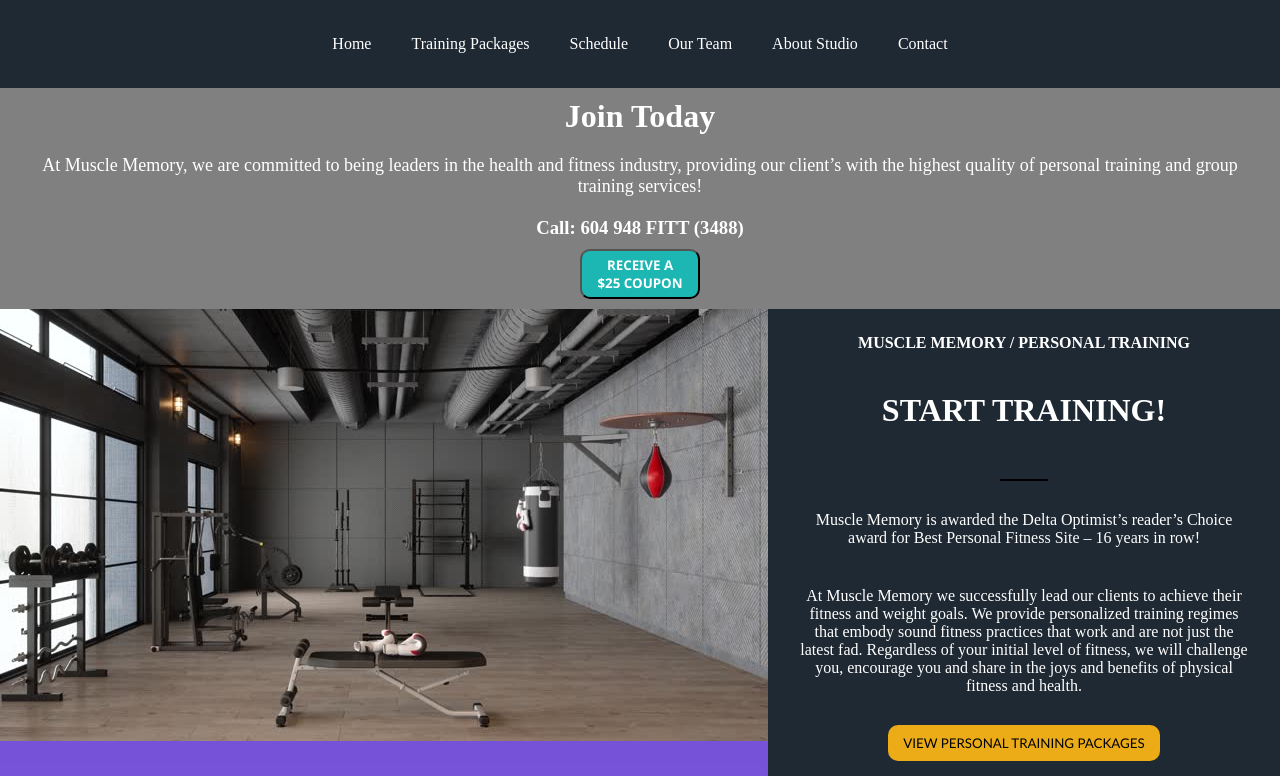
Repository: MujtabaHabib/muscle-memory-website
Page: index.html
An editor plug-in stored every save of this project. The page is shown before and after a run of saves, followed by the edit.
The browser window is 1280 px wide. The pictures show the whole page.
The pointer rests on the first visible `.message button`.

Above is the page before, as saved 2026-01-27 05:12:56.

### index.html
<!DOCTYPE html>
<html lang="en">

<head>
    <meta charset="UTF-8">
    <meta name="viewport" content="width=device-width, initial-scale=1.0">
    <title>Muscle Memory</title>
    <link rel="stylesheet" href="style.css">
</head>

<body>
    <div class="container">
        <nav>
            <ul class="list">
                <li><a href="#">Home</a></li>
                <li><a href="#">Training Packages</a></li>
                <li><a href="#">Schedule</a></li>
                <li><a href="#">Our Team</a></li>
                <li><a href="#">About Studio</a></li>
                <li><a href="#">Contact</a></li>
            </ul>
        </nav>
        <div class="details">
            <h1>Join Today</h1>
            <p>At Muscle Memory, we are committed to being leaders in the health and fitness industry,
                providing our client’s with the highest quality of personal training and group training
                services!</p>

            <h3>Call: 604 948 FITT (3488)</h3>
            <button>RECEIVE A $25 COUPON</button>
        </div>
        <div class="box">
            <div class="gym">
                <img src="gym.jpg" alt="gym">
            </div>
            <div class="message">
                <h4>MUSCLE MEMORY / PERSONAL TRAINING</h4>
                <h1 >START TRAINING!</h1>
                <hr>
                <p>Muscle Memory is awarded the Delta Optimist’s
                    reader’s Choice award for Best Personal
                    Fitness Site – 16 years in row!</p>
                <p>At Muscle Memory we successfully lead our clients to achieve their fitness and weight goals. We
                    provide personalized training regimes that embody sound fitness practices that work and are not just
                    the latest fad. Regardless of your initial level of fitness, we will challenge you, encourage you
                    and share in the joys and benefits of physical fitness and health.</p>
                <button>VIEW PERSONAL TRAINING PACKAGES</button>
            </div>
        </div>
    </div>

</body>

</html>

### style.css
* {
    margin: 0;
    padding: 0;
}

.list {
    display: flex;
    padding: 15px;
    justify-content: center;
    align-items: center;
    background-color: #1f2933;
}

.list a {
    text-decoration: none;
    color: white;
}

.list li {
    padding: 20px;
    list-style-type: none;
}

.details {
    text-align: center;
    background-color: gray;
    color: white;
}

.details button {
    height: 50px;
    width: 120px;
}

.details h1,
.details h3,
.details p,
.details button {
    padding: 10px 15px 10px;

}

.details p {
    font-size: 18px;
    justify-content: center;
}
.details button{
    padding-top: 5px;
    font-family: 'Segoe UI', Tahoma, Geneva, Verdana, sans-serif;
    margin-bottom: 10px;
    background-color:rgb(28, 182, 179);
    border-radius: 10px;
    color:white;
    font-weight:bold ;
    border-color: black;
}
hr {
    border: none;
    border-top: 2px solid #000000;
    width: 10%;
    margin: 20px auto;
    align-items: flex-start;
}

.box {
    display: flex;
    align-items: space-between;
    color: white;
    background-color: #6b44d6eb;
}

.message {

    padding: 15px;
    justify-content: center;
    text-align: center;
    background-color: #1f2933;

}

.message h1,
.message h4,
.message p {

    padding: 10px 15px 30px;
}

.message button{
    padding: 10px 15px 10px;
    background-color: rgb(236, 172, 24);
    font-family:'Gill Sans', 'Gill Sans MT', Calibri, 'Trebuchet MS', sans-serif;
    border-radius: 10px;
    border: #1f2933;

}

After the next 7 saves:
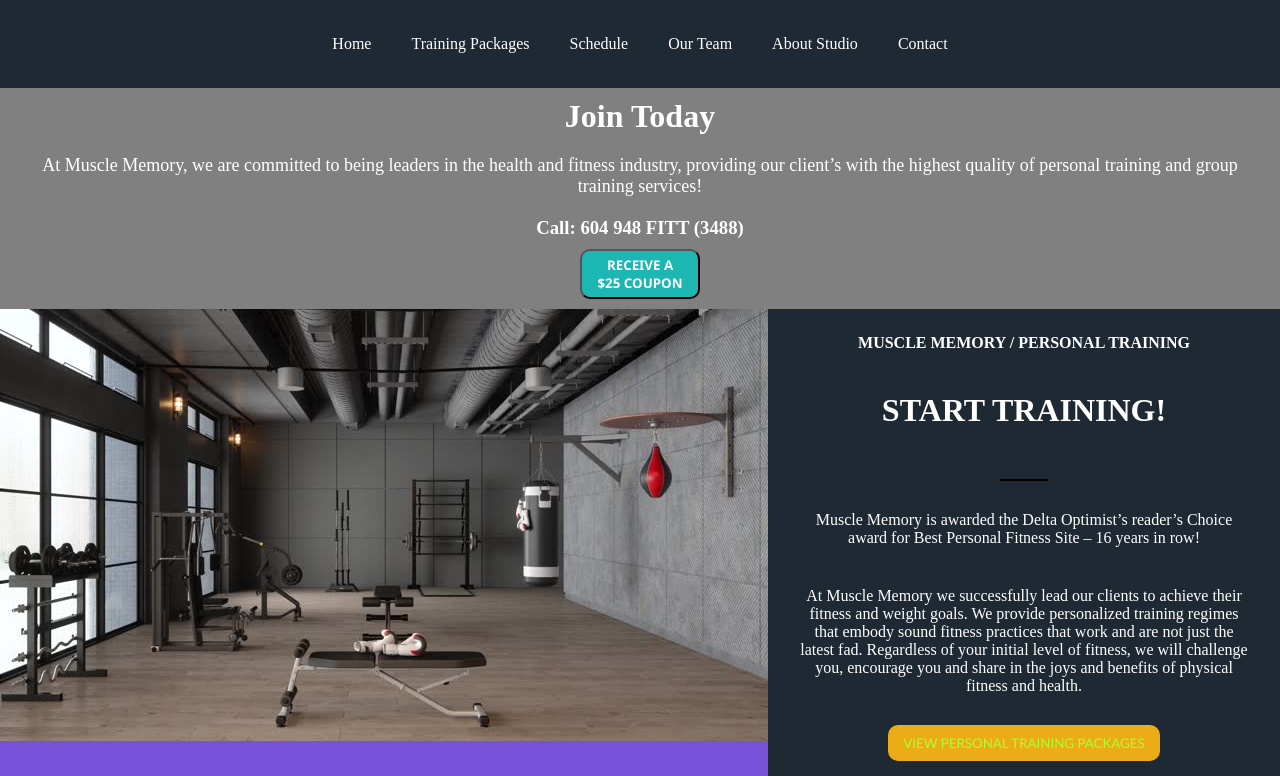
The 7 saves are shown as one change because they came seconds apart.
The last was saved 46 s later.
--- a/style.css
+++ b/style.css
@@ -93,3 +93,7 @@
     border: #1f2933;
 
 }
+
+.message button:hover{
+    color:greenyellow
+}
